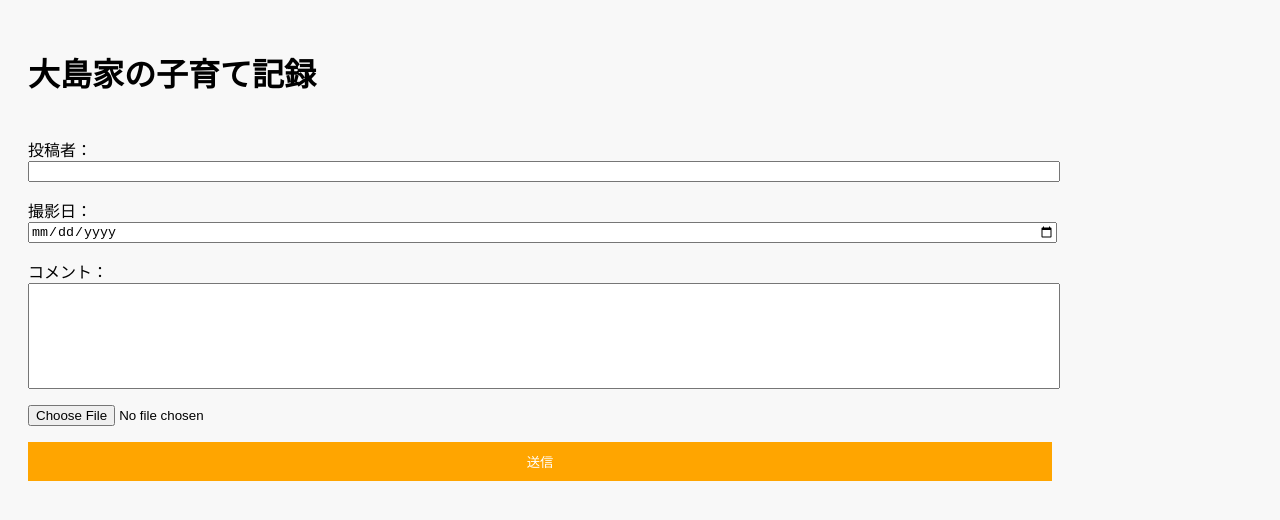
Repository: daidai0602/gs_kadai_questionnaire
Page: http://localhost/post.php
These files come from the project's save history. The page is drawn as it stood at one moment and after a run of saves; the edit follows.
The browser window is 1280 px wide. The pictures show the whole page.
The page is run by PHP 8.4 with error messages shown; the project is at /var/www/html/.

Above is the page before, as saved 2023-11-15 23:18:08.

After the next 3 saves:
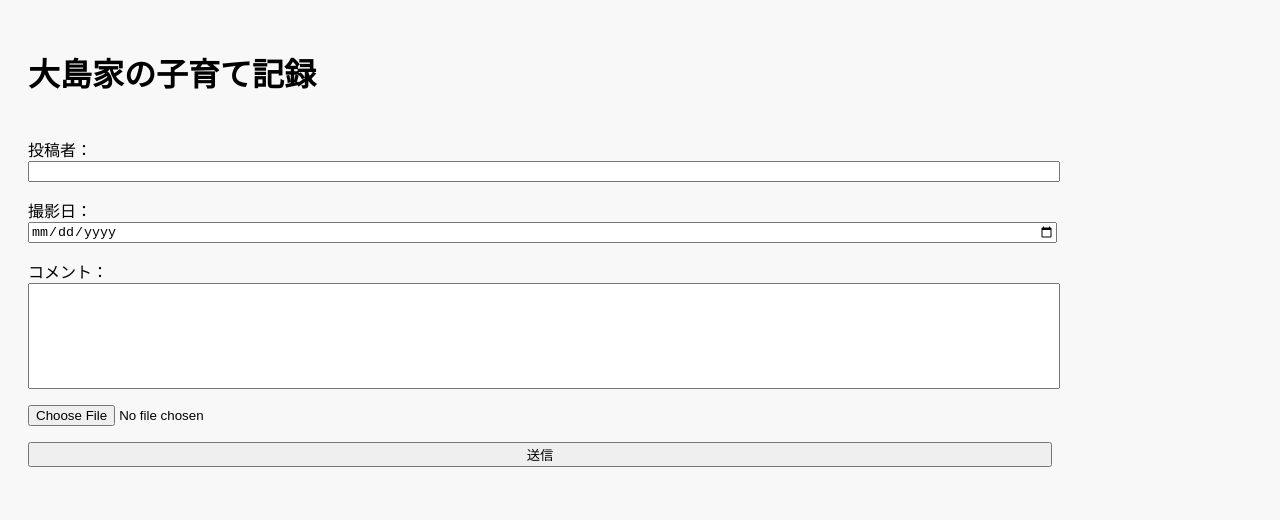
The 3 saves are shown as one change because they came seconds apart.
The last was saved 21 s later.
--- a/post.php
+++ b/post.php
@@ -20,6 +20,7 @@
     input[type=textarea]{
       height: 100px;
     }
+    input
     input[type=submit]{
       background-color: orange;
       color: white;

After the 5 saves that followed:
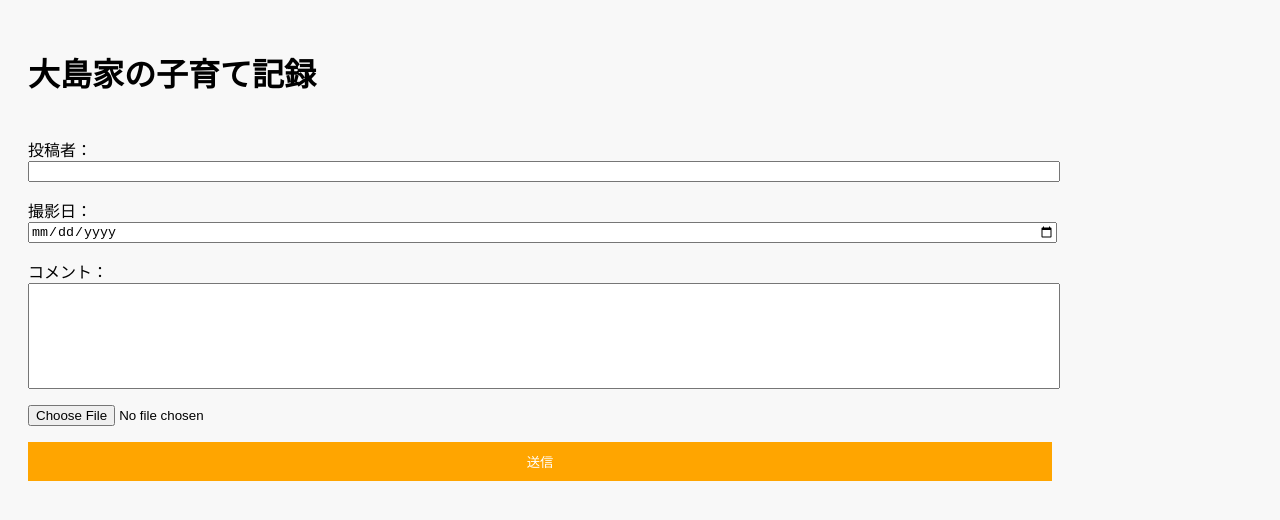
The 5 saves are shown as one change because they came seconds apart.
The last was saved 14 s later.
--- a/post.php
+++ b/post.php
@@ -20,7 +20,9 @@
     input[type=textarea]{
       height: 100px;
     }
-    input
+    input[type=file]{
+      padding: ;
+    }
     input[type=submit]{
       background-color: orange;
       color: white;
